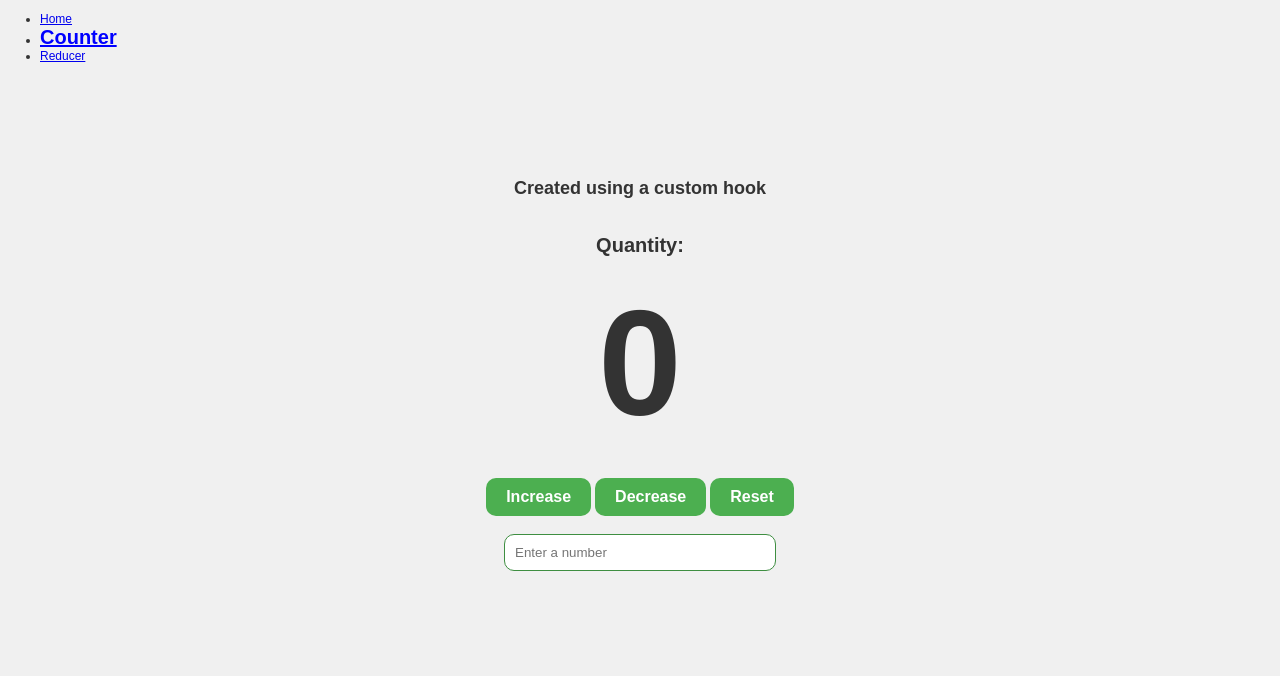
Repository: qudos4real/altschool-second-sem
Page: /counter
An editor plug-in stored every save of this project. The page is shown before and after the next save, followed by the edit.
The browser window is 1280 px wide. The pictures show the whole page.
The project was rebuilt for these pictures with package versions that can differ from the ones it lists, and the page was loaded fresh each time. Also part of the build but not shown: src/App.css, src/hooks/reducer.1.js, src/Components/Reducer.js, src/Components/Home.js, src/Components/NotFound.js, src/Components/ErrorBoundary.js.

Above is the page before, as saved 2022-11-04 17:42:29.

### src/index.js
import React from 'react';
import ReactDOM from 'react-dom/client';
import './index.css';
import App from './App';
// import { BrowserRouter } from 'react-router-dom';
import reportWebVitals from './reportWebVitals';

const root = ReactDOM.createRoot(document.getElementById('root'));
root.render(
  <React.StrictMode>
    {/* <BrowserRouter> */}
    <App />
    {/* </BrowserRouter> */}
  </React.StrictMode>
);

// If you want to start measuring performance in your app, pass a function
// to log results (for example: reportWebVitals(console.log))
// or send to an analytics endpoint. Learn more: https://bit.ly/CRA-vitals
reportWebVitals();

### src/App.js
import React from 'react';
import Counter from './Components/Counter';
import './App.css';
import Reducer from './Components/Reducer';
import Home from './Components/Home';
import NotFound from './Components/NotFound';
import ErrorBoundary from './Components/ErrorBoundary';
import "./CSS/Counter.css";
import { useEffect } from 'react';
import { BrowserRouter as Router, Route, Routes, Link, NavLink } from 'react-router-dom';





function App() {

  useEffect(() => {
    document.title = "React Counter";
    }, []);

  return (
    // <>
    // <Home />
    // <Counter />
    // <Reducer />
    // <NotFound />
    // <ErrorBoundary />
    // </>

    <ErrorBoundary >
    <Router>
      <nav>
        <ul>
          <li>
            <NavLink to="/" end activeClassName="active" className="link">
              Home
            </NavLink>
          </li>
          <li>
            <NavLink to="counter" activeClassName="active" className="link">
              Counter
            </NavLink>
          </li>
          <li>
            <NavLink to="reducer" activeClassName="active" className="link">
              Reducer
            </NavLink>
          </li>
        </ul>

        {/* <NavLink to="/" className={(isActive) => isActive? "Active": "NotActive"}>Home</NavLink>
        <NavLink to="/counter" className={(isActive) => isActive? "Active": "NotActive"}>Counter</NavLink>
        <NavLink to="/reducer" className={(isActive) => isActive? "Active": "NotActive"}>Reducer</NavLink> */}
      </nav>
      <Routes>
        <Route path="/" element={<Home />} />
        <Route path="/counter" element={<Counter />} />
        <Route path="/reducer" element={<Reducer />} />
        <Route path="ErrorBoundary" element={<ErrorBoundary />} />
        <Route path="*" element={<NotFound />} />
      </Routes>
    </Router>
    </ErrorBoundary>
  )
}

export default App

### src/Components/Counter.js
import React from "react";
import { useCounter } from "../hooks/useCounter";
import "../CSS/Counter.css";

function Counter() {
  const quantity = useCounter(0);
  return (
    <div className="container">
      <h2>Created using a custom hook</h2>
      <h3 className="label ">Quantity: </h3>
      <h3 className="value ">{quantity.count} </h3>
      <br />
      <div>
        <button className="btn " onClick={quantity.increment}>
          Increase
        </button>
        <button className="btn " onClick={quantity.decrement}>
          Decrease
        </button>
        <button className="btn " onClick={quantity.reset}>
          Reset
        </button>
      </div>
      <br />
      <input placeholder="Enter a number" className="input "
        type="number"
        onChange={(e) => quantity.setValue(e.target.value)}
      />
    </div>
  );
}

export default Counter;

### src/CSS/Counter.css
body {
  background-color: #f0f0f0;
  font-family: Arial, Helvetica, sans-serif;
  font-size: 12px;
  color: #333;
  margin: 0;
  padding: 0;
  box-sizing: border-box;
}
.container {
  width: 50%;
  max-width: 500px;
  margin: 0 auto;
  padding: 0 20px;
  display: flex;
  justify-content: center;
  align-items: center;
  flex-direction: column;
  /* border: 1px solid #3e8e41; */
  margin-top: 100px;
}

.btn {
  background-color: #4caf50;
  border: none;
  color: white;
  padding: 10px 20px;
  text-align: center;
  text-decoration: none;
  display: inline-block;
  font-size: 16px;
  margin: 4px 2px;
  cursor: pointer;
  border-radius: 10px;
  font-weight: bold;
}
.btn:hover {
  background-color: #3e8e41;
}
.input {
  width: 50%;
  max-width: 500px;
  padding: 10px;
  border: 1px solid #3e8e41;
  border-radius: 10px;
  margin-bottom: 10px;
}
.label {
  font-size: 20px;
  font-weight: bold;
  margin-bottom: 10px;
}
.value {
  font-size: 150px;
  font-weight: bold;
  margin-bottom: 10px;
  margin-top: 10px;
}
.ErrorText{
    font-size: 20px;
    font-weight: bold;
    margin-bottom: 10px;
    color: red;
}

.active{
    font-size: 20px;
    font-weight: bold;
    margin-bottom: 10px;
    color: blue;
    text-decoration: underline;
}

### src/hooks/useCounter.js
import { useState } from "react";

export const useCounter = (initialValue) => {
    const [count, setCount] = useState(initialValue);
    const increment = () => {
        setCount(count + 1);
    };
    const decrement = () => {
        count > 0 && setCount(count - 1);
    };
    const reset = () => {
        setCount(initialValue);
    };
    const setValue = (value) => {
        setCount(value);
    };
    return { count, increment, decrement, reset, setValue };
};

Loaded but not shown: public/index.html (common file); src/index.css (common file); src/reportWebVitals.js (common file)

After the next save:
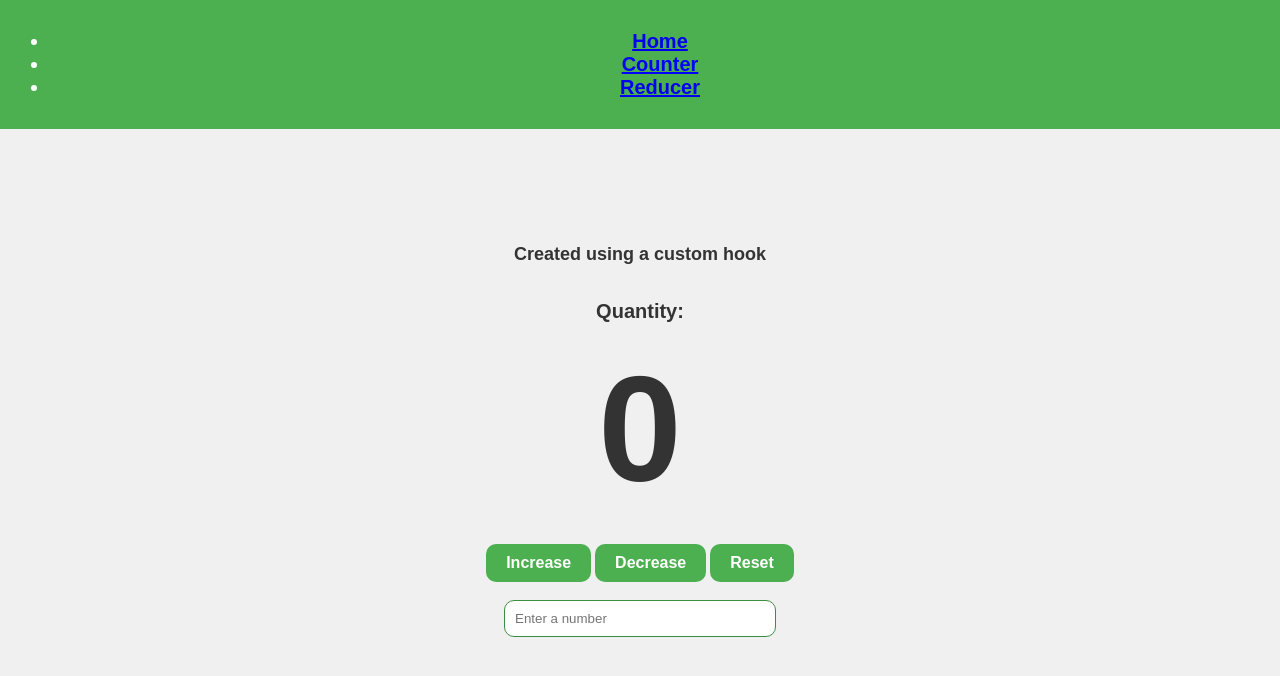
Saved 41 s later.
--- a/src/CSS/Counter.css
+++ b/src/CSS/Counter.css
@@ -62,6 +62,15 @@ body {
     margin-bottom: 10px;
     color: red;
 }
+nav{
+    background-color: #4caf50;
+    padding: 10px;
+    color: white;
+    font-size: 20px;
+    font-weight: bold;
+    text-align: center;
+}
+
 
 .active{
     font-size: 20px;
